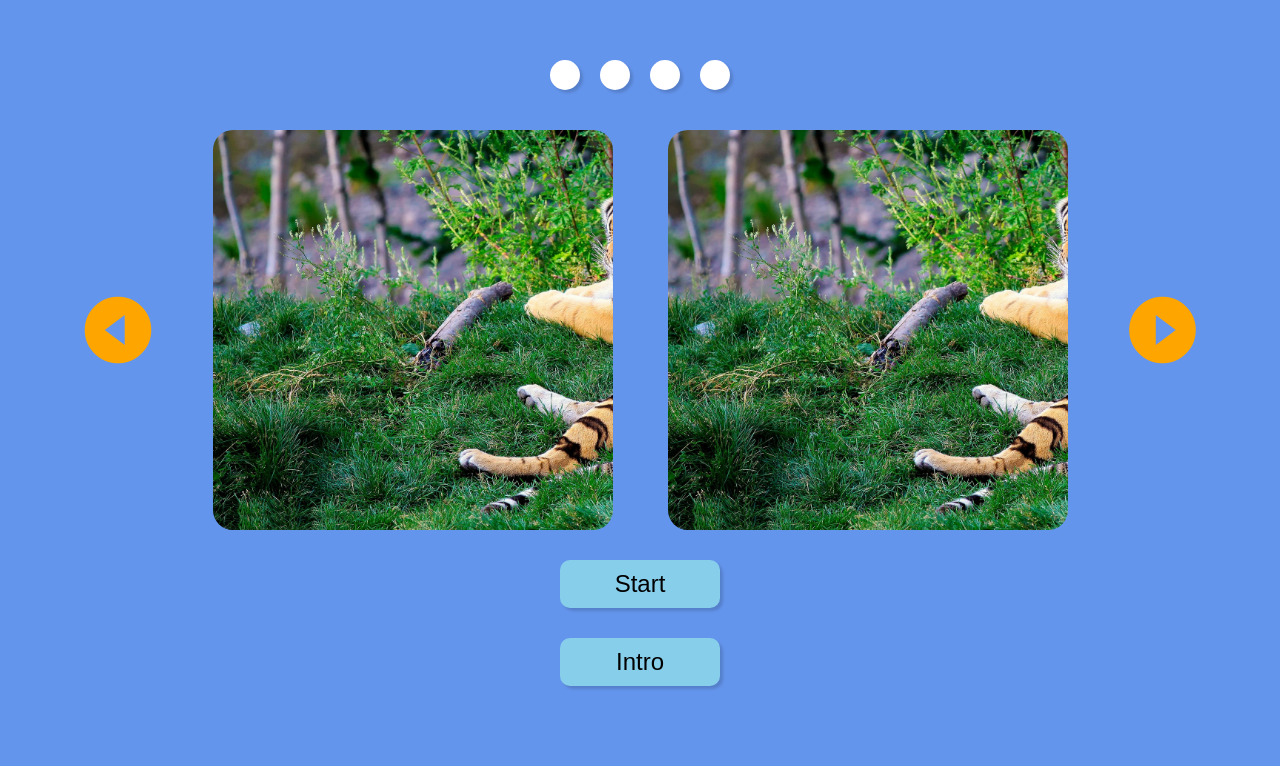
Repository: sylviaah/dynamicmidterm
Page: slider/slider.html
These files come from the project's save history. The page is drawn as it stood at one moment and after the next save; the edit follows.
The browser window is 1280 px wide. The pictures show the whole page.

Above is the page before, as saved 2020-03-13 13:07:16.

### slider/slider.html
<!DOCTYPE html>
<html>
    <html>
        <title>Slider</title>
        <link rel="stylesheet" href="slider.css">
        <link href="https://fonts.googleapis.com/icon?family=Material+Icons" rel="stylesheet">
    </html>
    <body>
        <div class="slider">
            <div class="slider_progress">
                <div class="progress 25"></div>
                <div class="progress 50"></div>
                <div class="progress 75"></div>
                <div class="progress 100"></div>
            </div>
            <div class="slider_slider">
                <i class="material-icons arrow_left" onclick="previous()">play_circle_filled</i>
                <div class="image_div img1">
                    <img class="instructions_image" src="imgs/img1.jpg" alt="">
                </div>
                <div class="image_div img2">
                    <img class="instructions_image" src="imgs/img1.jpg" alt="">
                </div>
                <i class="material-icons arrow_right" onclick="next()">play_circle_filled</i>
            </div>
            <div class="slider_menu">
                <div class="menu_start">Start</div>
                <div class="menu_intro">Intro</div>
            </div>
        </div>
        <script src="slider.js"></script>
    </body>
</html>

### slider/slider.css
body,html {
    margin: 0;
    background-color: cornflowerblue;
}

.slider{
    padding: 50px;
    display: flex;
    flex-direction: column;
    align-items: center;
}

.slider_progress{
    display: flex;
    margin-bottom: 30px;
}

.slider_progress div{
    width: 30px;
    height: 30px;
    margin: 10px;
    background-color: white;
    border-radius: 50%;
    box-shadow: 3px 3px 3px rgb(0, 0, 0, 0.15);
}

.slider_slider{
    display: flex;
    width: 100%;
    align-items: center;
    justify-content: space-around;
}

.material-icons.arrow_left {
    /* visibility: hidden; */
    transform: rotate(180deg);
    font-size: 80px;
    color: orange;
}

.material-icons.arrow_right {
    visibility: visible;
    color: orange;
    font-size: 80px;
}

.image_div{
    width: 400px;
    height: 400px;
    overflow: hidden;
    border-radius: 20px;
}

.image_div img{
    object-fit: cover;
    height: 400px;
}

.menu_start, .menu_intro{
    display: flex;
    width: 100px;
    margin: 30px;
    justify-content: center;
    border-radius: 10px;
    padding: 10px 30px;
    background-color:skyblue;
    font-size: 18pt;
    font-family: Arial, Helvetica, sans-serif;
    box-shadow: 3px 3px 3px rgb(0, 0, 0, 0.15);
}

Loaded but not shown: slider/slider.js (no copy from this time; the picture is the same without it)

After the next save:
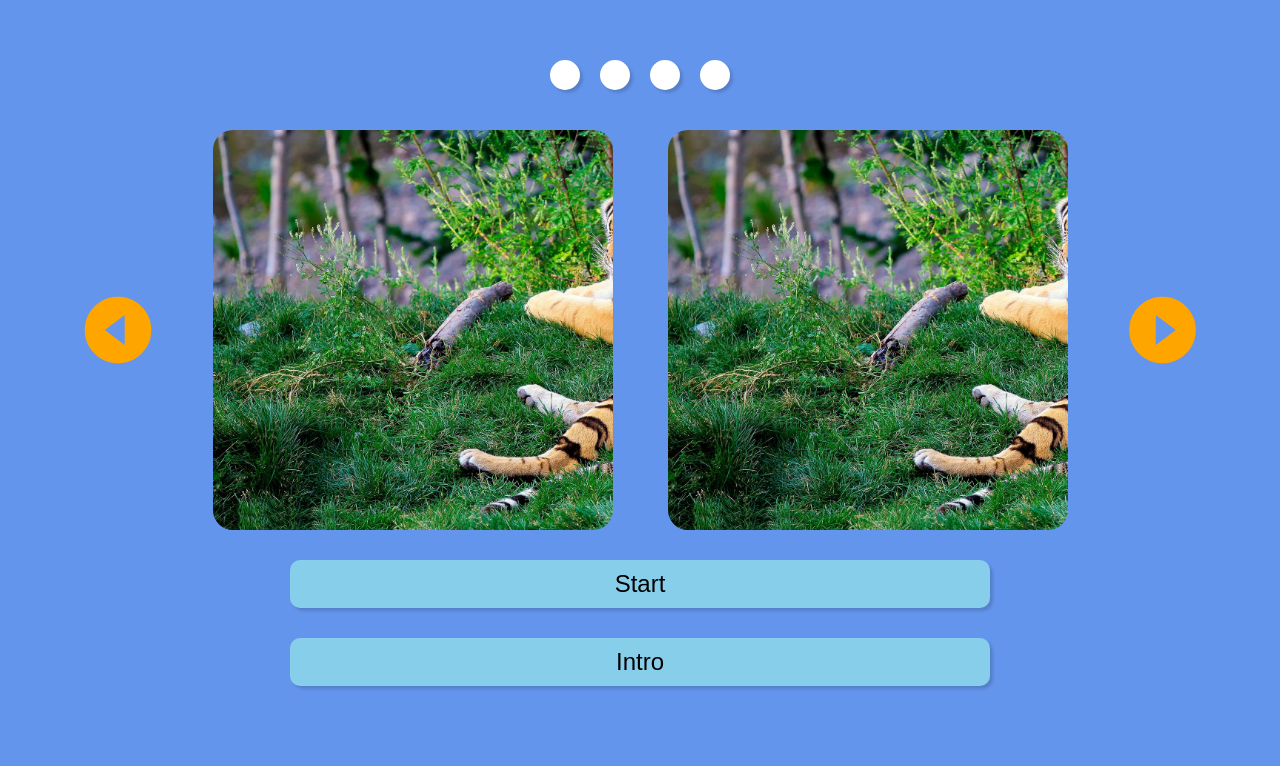
Saved 6 s later.
--- a/slider/slider.css
+++ b/slider/slider.css
@@ -62,7 +62,7 @@ body,html {
     margin: 30px;
     justify-content: center;
     border-radius: 10px;
-    padding: 10px 30px;
+    padding: 10px 300px;
     background-color:skyblue;
     font-size: 18pt;
     font-family: Arial, Helvetica, sans-serif;

After the save that followed:
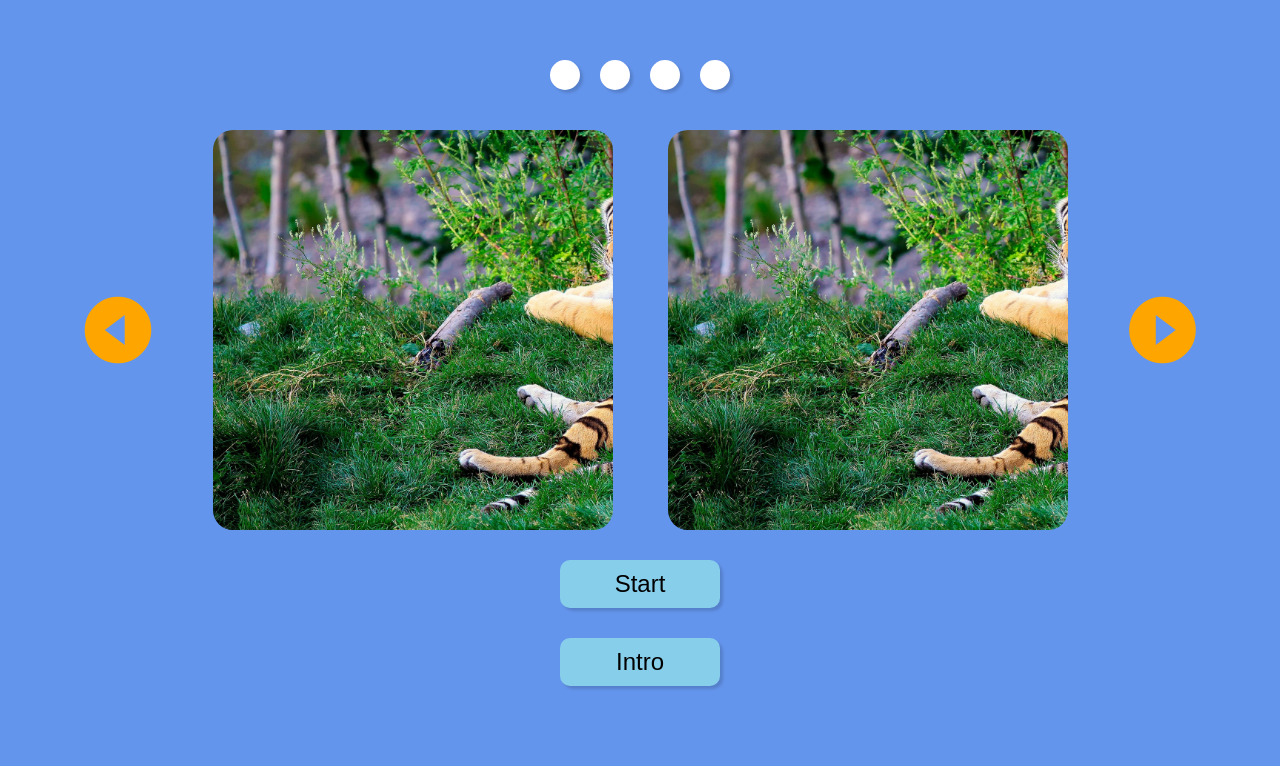
Saved 4 s later.
--- a/slider/slider.css
+++ b/slider/slider.css
@@ -62,7 +62,7 @@ body,html {
     margin: 30px;
     justify-content: center;
     border-radius: 10px;
-    padding: 10px 300px;
+    padding: 10px 30px;
     background-color:skyblue;
     font-size: 18pt;
     font-family: Arial, Helvetica, sans-serif;
